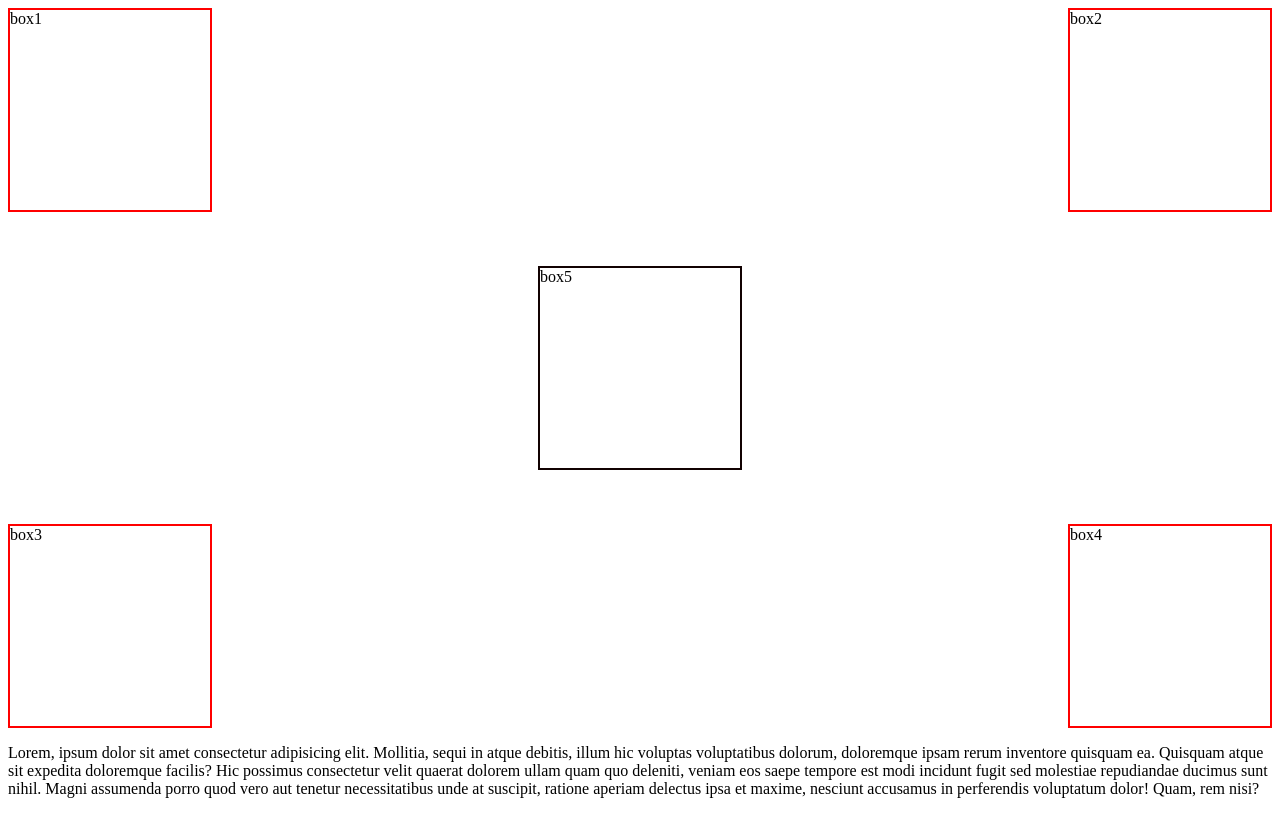
Repository: ABDUSALIMSUBAHIELBASHI/full-html-css-js
Page: Desktop/coding/css/index.html
The author's editor kept a copy of each file at every save. The page is drawn from the files as they stood at one save, then again after the next save.
The browser window is 1280 px wide. The pictures show the whole page.

Above is the page before, as saved 2025-09-16 08:56:42.

### Desktop/coding/css/index.html
<!DOCTYPE html>
<html lang="en">

<head>
    <style>
        .container {
            height: 100vh;
            position: relative;
        }

        .box1 {
            width: 200px;
            height: 200px;
            border: 2px solid red;
            position: absolute;
            top: 0px;
            left: 0px;
        }

        .box2 {
            width: 200px;
            height: 200px;
            border: 2px solid red;
            position: absolute;
            top: 0px;
            right: 0px;
        }

        .box3 {
            width: 200px;
            height: 200px;
            border: 2px solid red;
            position: absolute;
            left: 0px;
            bottom: 0px;
        }

        .box4 {
            width: 200px;
            height: 200px;
            border: 2px solid red;
            position: absolute;
            right: 0px;
            bottom: 0px;
        }

        .box5 {
            width: 200px;
            height: 200px;
            border: 2px solid #110101;
            position: absolute;
            top: 50%;
            left: 50%;
            transform: translate(-50%, -50%);
        }
    </style>
    <meta charset="UTF-8">
    <meta name="viewport" content="width=device-width, initial-scale=1.0">
    <title>Document</title>
</head>

<body>
    <div class="container">

        <div class="box1">box1</div>
        <div class="box2">box2</div>
        <div class="box3">box3</div>
        <div class="box4">box4</div>
        <div class="box5">box5</div>
    </div>
    <p>Lorem, ipsum dolor sit amet consectetur adipisicing elit. Mollitia, sequi in atque debitis, illum hic voluptas
        voluptatibus dolorum, doloremque ipsam rerum inventore quisquam ea. Quisquam atque sit expedita doloremque
        facilis? Hic possimus consectetur velit quaerat dolorem ullam quam quo deleniti, veniam eos saepe tempore est
        modi incidunt fugit sed molestiae repudiandae ducimus sunt nihil. Magni assumenda porro quod vero aut tenetur
        necessitatibus unde at suscipit, ratione aperiam delectus ipsa et maxime, nesciunt accusamus in perferendis
        voluptatum dolor! Quam, rem nisi?</p>
</body>

</html>

After the next save:
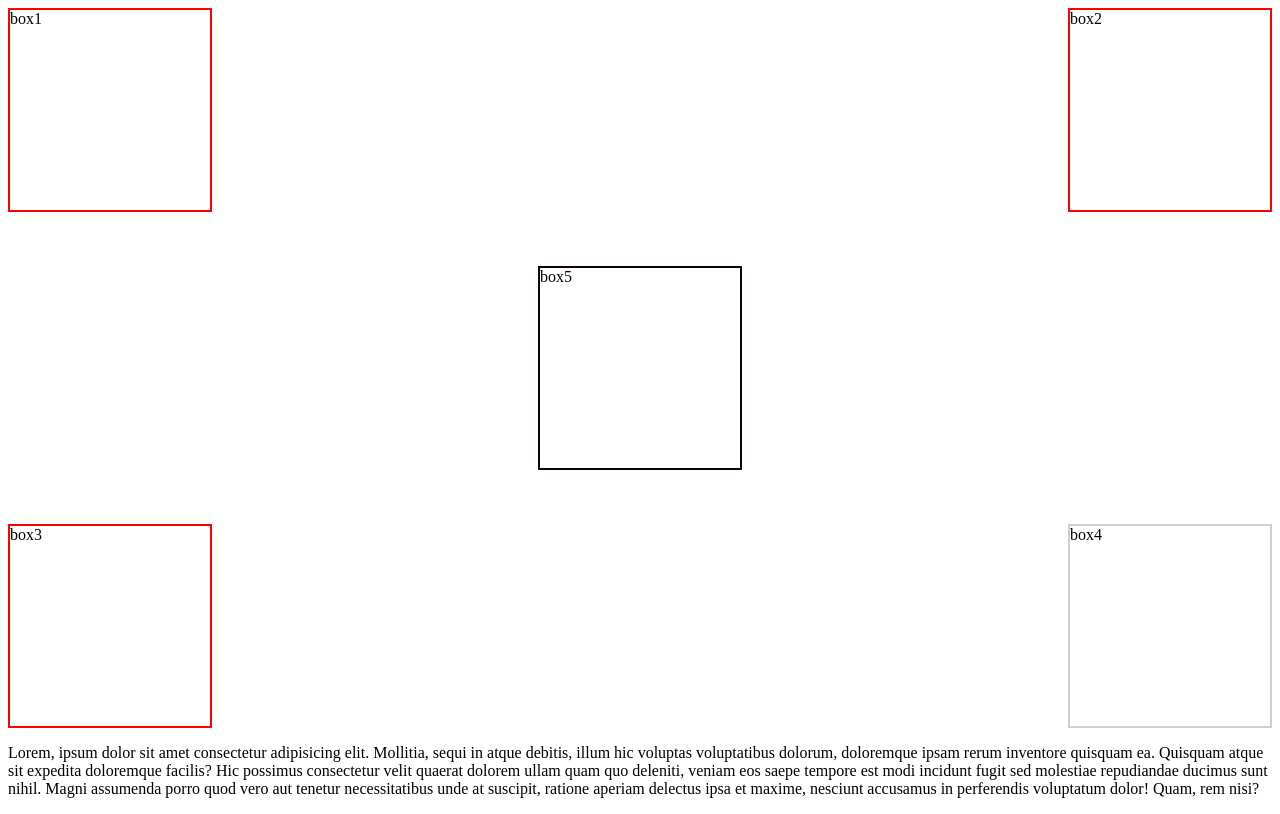
Saved 18 s later.
--- a/Desktop/coding/css/index.html
+++ b/Desktop/coding/css/index.html
@@ -38,7 +38,7 @@
         .box4 {
             width: 200px;
             height: 200px;
-            border: 2px solid red;
+            border: 2px solid #d2cbd4;
             position: absolute;
             right: 0px;
             bottom: 0px;
